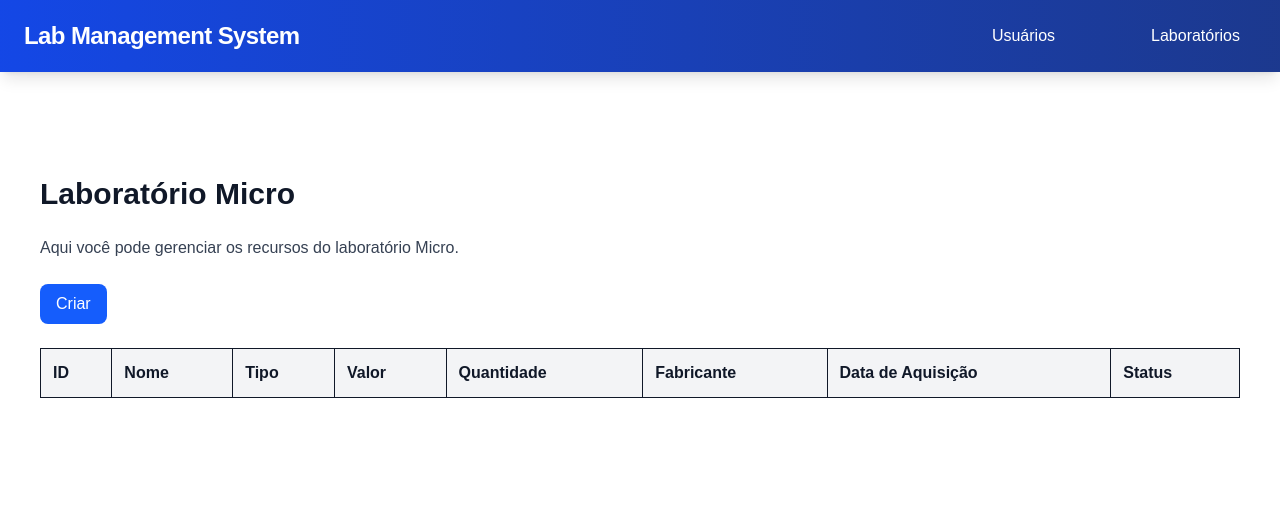
Repository: fabianosevla/gestao-labs
Page: /labs/hardware/micro (app in lab-management-system/)
These files come from the project's save history. The page is drawn as it stood at one moment and after the next save; the edit follows.
The browser window is 1280 px wide. The pictures show the whole page.
The project was rebuilt for these pictures with package versions that can differ from the ones it lists, and the page was loaded fresh each time. The framework's server and built-in components were replaced by stand-ins that run in the browser. Also part of the build but not shown: lab-management-system/next.config.mjs.

Above is the page before, as saved 2025-05-05 23:48:02.

After the next save:
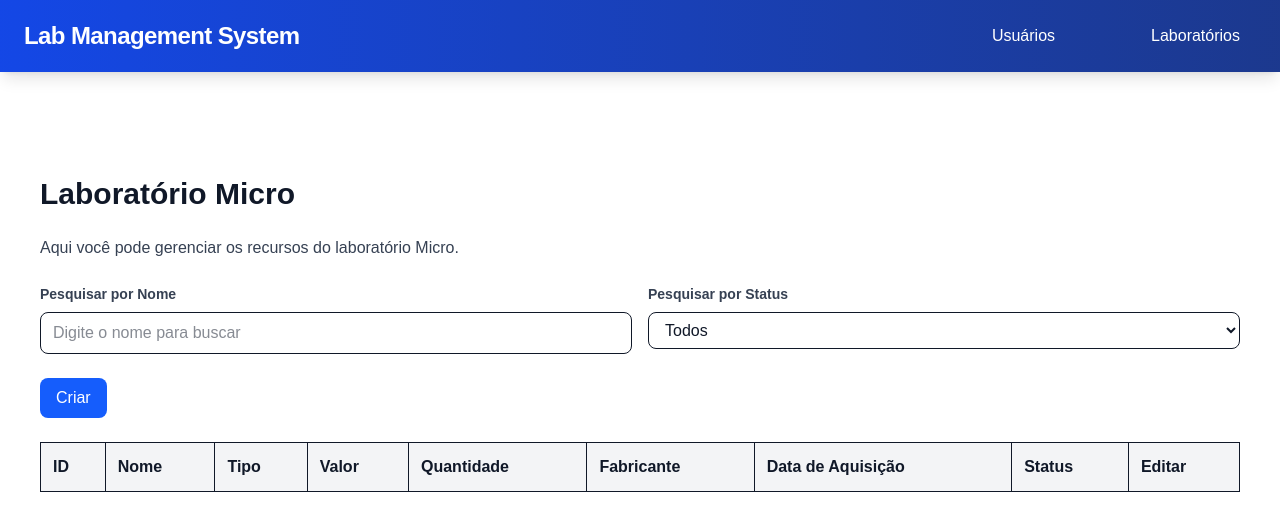
Saved 24 s later.
--- a/lab-management-system/app/labs/hardware/micro/page.js
+++ b/lab-management-system/app/labs/hardware/micro/page.js
@@ -1,21 +1,69 @@
 "use client";
 
+import { useState } from "react";
 import { useRouter } from "next/navigation";
 import { useMicroHardwares } from "../../../lib/storage";
 
 export default function Micro() {
     const router = useRouter();
     const [microHardwares] = useMicroHardwares();
+    const [searchName, setSearchName] = useState("");
+    const [searchStatus, setSearchStatus] = useState("");
 
     const handleCreate = () => {
-        console.log("Redirecionando para /labs/hardware/micro/create");
         router.push("/labs/hardware/micro/create");
     };
+
+    const handleEdit = (id) => {
+        router.push(`/labs/hardware/micro/edit/${id}`);
+    };
+
+    const filteredHardwares = microHardwares.filter((hardware) => {
+        const matchesName = hardware.name
+            .toLowerCase()
+            .includes(searchName.toLowerCase());
+        const matchesStatus = searchStatus
+            ? hardware.status.toLowerCase() === searchStatus.toLowerCase()
+            : true;
+        return matchesName && matchesStatus;
+    });
 
     return (
         <div className="p-6 pt-28">
             <h1 className="text-3xl font-bold mb-6 text-gray-900">Laboratório Micro</h1>
             <p className="text-gray-700 mb-6">Aqui você pode gerenciar os recursos do laboratório Micro.</p>
+
+            <div className="mb-6 flex gap-4">
+                <div className="flex-1">
+                    <label className="block text-gray-700 text-sm font-bold mb-2" htmlFor="searchName">
+                        Pesquisar por Nome
+                    </label>
+                    <input
+                        type="text"
+                        id="searchName"
+                        value={searchName}
+                        onChange={(e) => setSearchName(e.target.value)}
+                        className="w-full px-3 py-2 border rounded-lg focus:outline-none focus:ring-2 focus:ring-blue-500 text-gray-900"
+                        placeholder="Digite o nome para buscar"
+                    />
+                </div>
+                <div className="flex-1">
+                    <label className="block text-gray-700 text-sm font-bold mb-2" htmlFor="searchStatus">
+                        Pesquisar por Status
+                    </label>
+                    <select
+                        id="searchStatus"
+                        value={searchStatus}
+                        onChange={(e) => setSearchStatus(e.target.value)}
+                        className="w-full px-3 py-2 border rounded-lg focus:outline-none focus:ring-2 focus:ring-blue-500 text-gray-900"
+                    >
+                        <option value="">Todos</option>
+                        <option value="ativo">Ativo</option>
+                        <option value="inativo">Inativo</option>
+                    </select>
+                </div>
+            </div>
+
             <button
                 onClick={handleCreate}
                 className="px-4 py-2 bg-blue-600 text-white rounded-lg hover:bg-blue-700 transition duration-300 text-left mb-6"
@@ -34,10 +82,11 @@
                             <th className="border p-3 text-gray-900 font-semibold text-left">Fabricante</th>
                             <th className="border p-3 text-gray-900 font-semibold text-left">Data de Aquisição</th>
                             <th className="border p-3 text-gray-900 font-semibold text-left">Status</th>
+                            <th className="border p-3 text-gray-900 font-semibold text-left">Editar</th>
                         </tr>
                     </thead>
                     <tbody>
-                        {microHardwares.map((hardware) => (
+                        {filteredHardwares.map((hardware) => (
                             <tr key={hardware.id} className="hover:bg-gray-50">
                                 <td className="border p-3 text-gray-700">{hardware.id}</td>
                                 <td className="border p-3 text-gray-700">{hardware.name}</td>
@@ -47,6 +96,15 @@
                                 <td className="border p-3 text-gray-700">{hardware.manufacturer}</td>
                                 <td className="border p-3 text-gray-700">{hardware.acquisitionDate}</td>
                                 <td className="border p-3 text-gray-700">{hardware.status}</td>
+                                <td className="border p-3 text-gray-700">
+                                    <button
+                                        onClick={() => handleEdit(hardware.id)}
+                                        className="text-blue-600 hover:text-blue-800"
+                                        title="Editar"
+                                    >
+                                        ✏️
+                                    </button>
+                                </td>
                             </tr>
                         ))}
                     </tbody>
